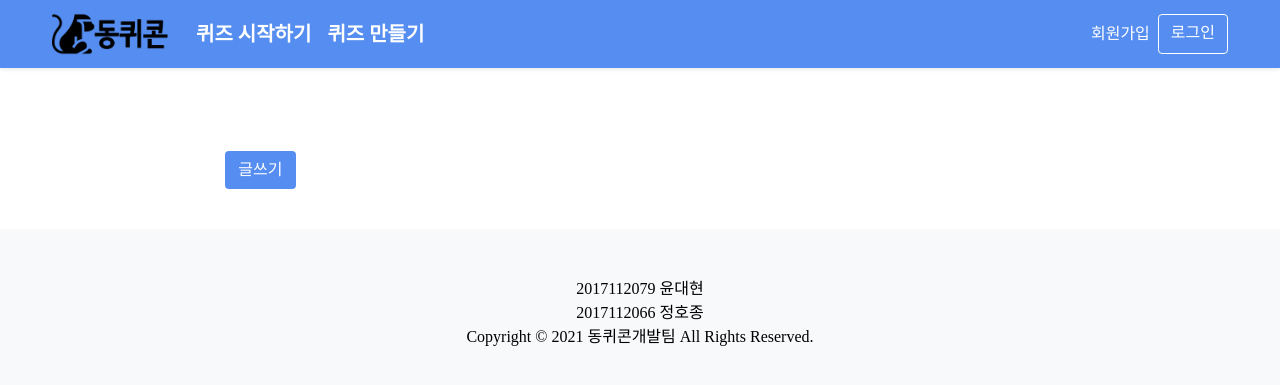
Repository: eogus0512/Quiz_WebProject
Page: http://localhost/Quiz_WebProject/board.jsp
These files come from the project's save history. The page is drawn as it stood at one moment and after the next save; the edit follows.
The browser window is 1280 px wide. The pictures show the whole page.
Some web fonts or font styles are not loaded; a fallback is used. The page is served by Tomcat 9. Queries for data that is not in the repository find no rows.

Above is the page before, as saved 2021-12-11 10:32:52.

After the next save:
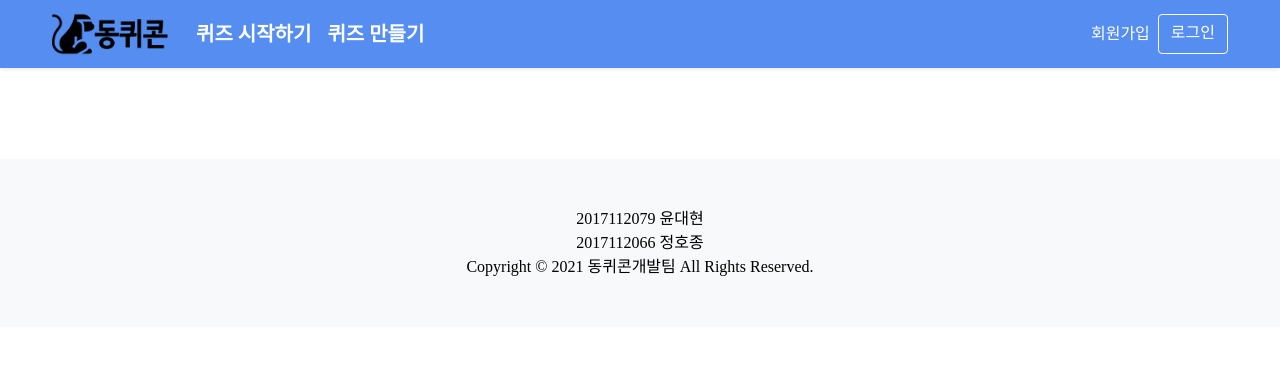
Saved 9 s later.
--- a/Quiz_WebProject/WebContent/board.jsp
+++ b/Quiz_WebProject/WebContent/board.jsp
@@ -107,32 +107,7 @@
 			}
 		%>
 	</div>
-	<button type="button"  data-bs-toggle="modal" data-bs-target="#wrtPost" class="btn mb-3" style="background-color:#558DF0; color:white;">글쓰기</button>
-	<div class="modal fade" id="wrtPost" tabindex="-1" aria-labelledby="exampleModalLabel" aria-hidden="true">
-    <div class="modal-dialog modal-dialog-centered">
-        <div class="modal-content">
-            <form method="post" action="action/reviewAction.jsp">
-                <div class="modal-header">
-                    <h4 class="modal-title" id="exampleModalLabel">글쓰기 </h4>
-                    <button type="button" class="btn-close" data-bs-dismiss="modal" aria-label="Close"></button>
-                </div>
-                <div class="modal-body">
-                    <div class="mb-3 d-flex">
-                        <label for="score" class="col-form-label col-md-3">제목</label>
-                        <input type="text" class="form-control col-md-9 ms-auto" name="header" id="header" style="width:350px" required>
-                    </div>
-                    <div class="mb-3 d-flex">
-                        <label for="contents" class="col-form-label col-md-3">내용</label>
-                        <textarea class="form-control col-md-9 ms-auto" name="contents" id="contents" style="width:350px" required></textarea>
-                    </div>
-                </div>
-                <div class="modal-footer">
-                    <button type="button" class="btn" style="background-color: #d3d3d3" data-bs-dismiss="modal">닫기</button>
-                    <button type="submit" class="btn" style="background-color: #faf1d6">완료</button>
-                </div>
-            </form>
-        </div>
-    </div>
+
 </div>
 
 
